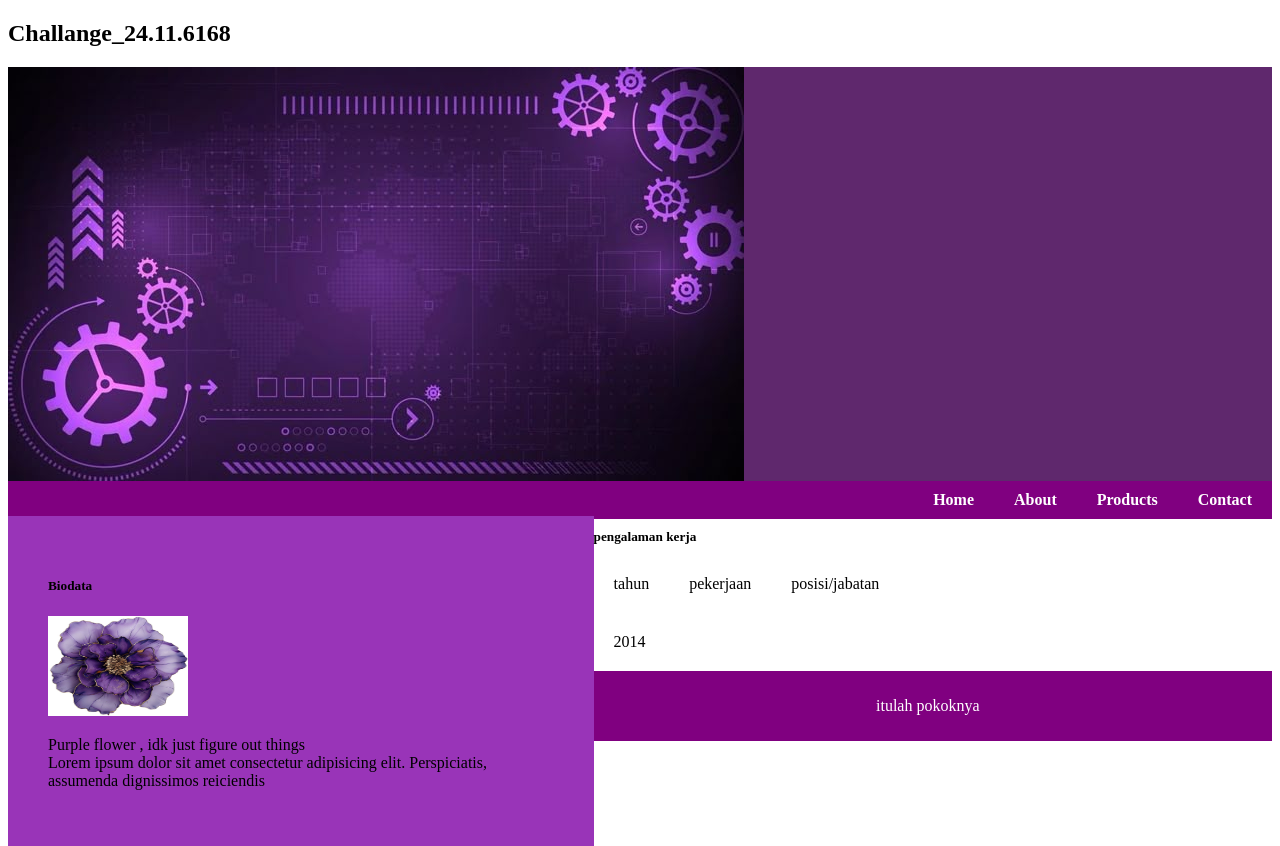
Repository: Ms-Ulfiyahrustam/p5_pemogramanweb
Page: index.html
These files come from the project's save history. The page is drawn as it stood at one moment and after the next save; the edit follows.
The browser window is 1280 px wide. The pictures show the whole page.

Above is the page before, as saved 2026-04-27 09:58:36.

### index.html
<!DOCTYPE html>
<html lang="en">
<head>
    <meta charset="UTF-8">
    <meta name="viewport" content="width=device-width, initial-scale=1.0">
    <link rel="stylesheet" href="style.css">
    <title>Document</title>
</head>
<body class="">
    <h2>Challange_24.11.6168</h2>
    <div class="flex-container">
        <img src="download.jpg" alt="">
    </div>
    <div class="leftside">
        <h5>Biodata</h5>
        <img src="purple.jpg" alt="" width="140" height="100" >
        <p>Purple flower , idk just figure out things <br>
            Lorem ipsum dolor sit amet consectetur adipisicing elit. Perspiciatis, assumenda dignissimos reiciendis  <br>
        </p>
    </div>
    <div class="midplace">
<nav class="menu">
  <ul>
    <li><a href="#">Home</a></li>
    <li><a href="#">About</a></li>
    <li><a href="#">Products</a></li>
    <li><a href="#">Contact</a></li>
  </ul>
</nav>
        </div>

        <div class="rightside">
            <h5>pengalaman kerja</h5>
            <table cellspacing="0" cellpadding="20" colspan="3" >
                    <tr >
                        <td>tahun</td>
                        <td> pekerjaan</td>
                        <td>posisi/jabatan</td>
                    </tr>
                    <tr >
                        <td>2014</td>
                    </tr>
            </table>
        </div>


        <footer class="footer">
            <p>itulah pokoknya</p>
        </footer>
</body>
</html>

### style.css


.flex-container{
    display: flex;
    background-color: rgb(95, 40, 109);
    margin: auto;
}

.leftside{

    float:left;
    background-color: rgb(153, 52, 184);
    margin-top: 35px;
    width:40%;
    height: 40%;
    padding: 40px;


}

leftside img{
    justify-content: center;
}

.rightside{
    justify-content: right;
}

.rightside h5 {
    justify-content: center;
    margin: auto;
    padding: 10px;
}


.midplace{
    background-color: purple;
    color: azure;

}

.menu {
  background-color: purple;
  padding: 10px 0;
}

.menu ul {
  display: flex;
  justify-content: right;
  list-style: none;
  margin: 0;
  padding: 0;
}

.menu li {
  margin: 0 20px;
}

.menu a {
  text-decoration: none;
  color: white;
  font-weight: bold;
}

.footer {
    background-color :purple;
    padding: 10px;
    text-align: center;
    color : white;
}

After the next save:
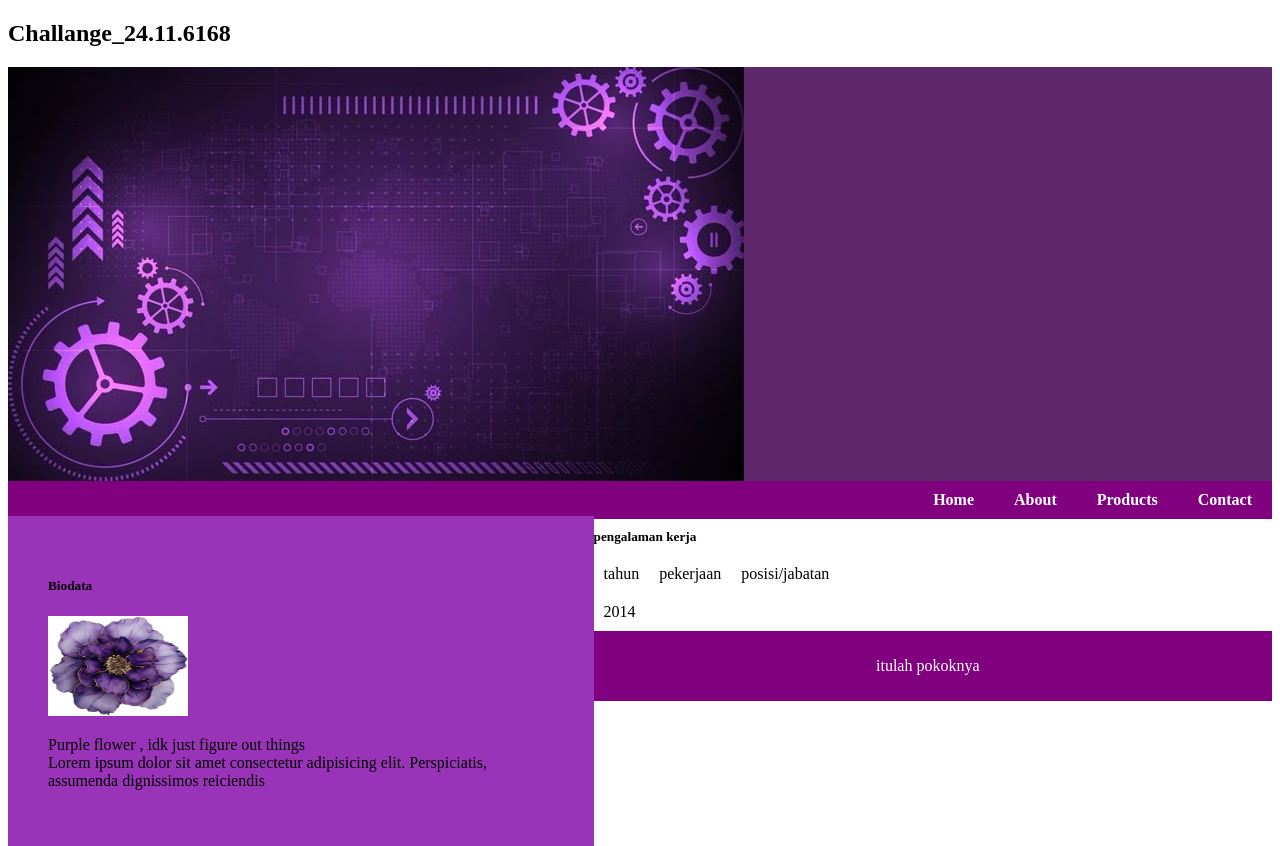
Saved 8 s later.
--- a/index.html
+++ b/index.html
@@ -31,7 +31,7 @@
 
         <div class="rightside">
             <h5>pengalaman kerja</h5>
-            <table cellspacing="0" cellpadding="20" colspan="3" >
+            <table cellspacing="0" cellpadding="10" colspan="3" >
                     <tr >
                         <td>tahun</td>
                         <td> pekerjaan</td>
